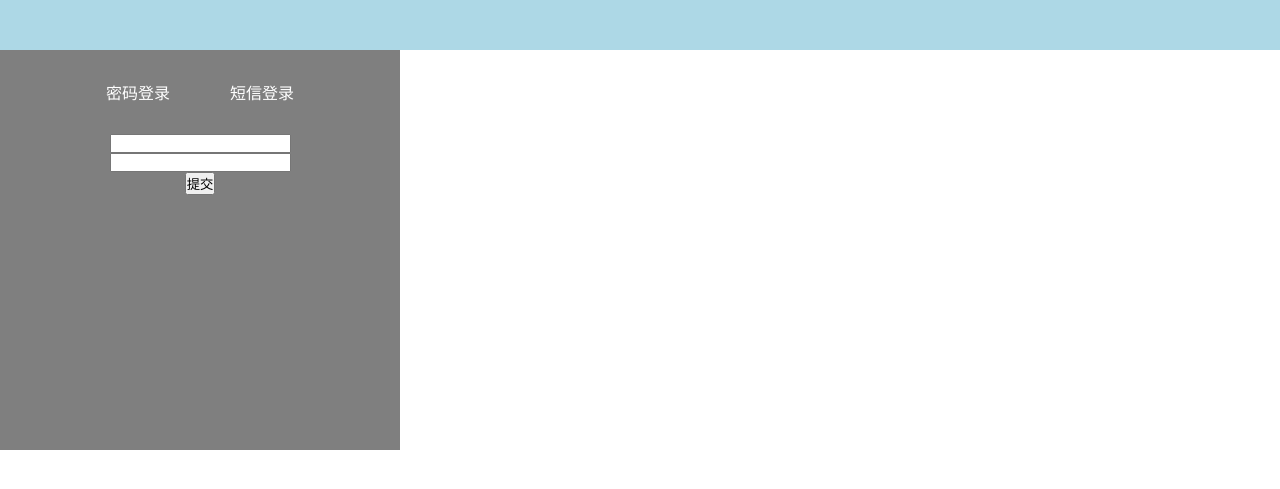
Repository: wxamlzm/campus0714
Page: views/login.html
These files come from the project's save history. The page is drawn as it stood at one moment and after the next save; the edit follows.
The browser window is 1280 px wide. The pictures show the whole page.

Above is the page before, as saved 2021-07-14 22:58:47.

After the next save:
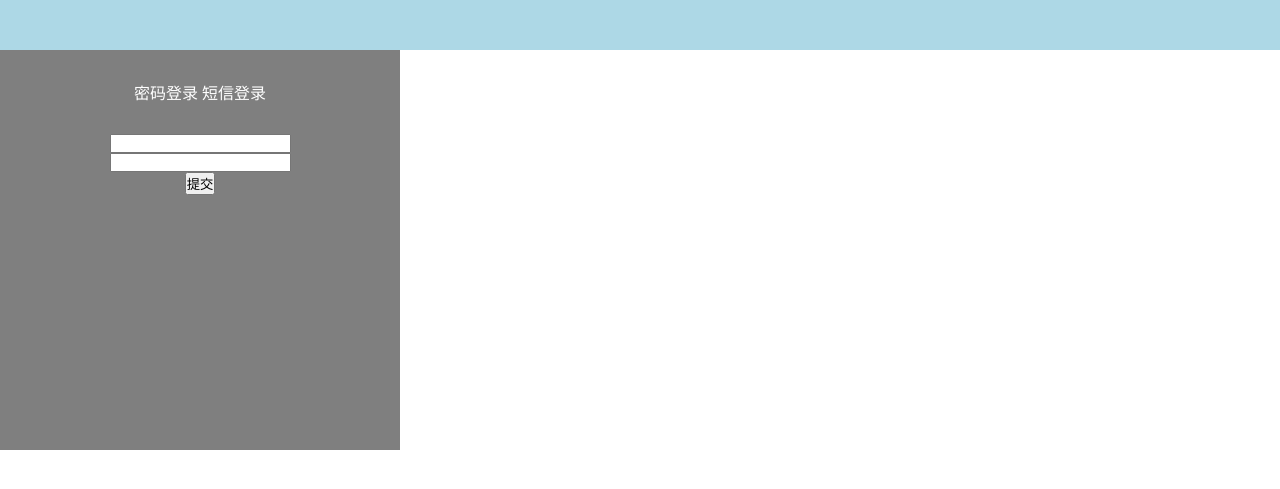
Saved 8 s later.
--- a/views/css/common.css
+++ b/views/css/common.css
@@ -23,8 +23,6 @@ header {
   padding-bottom: 30px;
 }
 .login-box .login-title > a {
-  display: inline-block;
-  width: 120px;
   color: #fff;
   text-decoration: none;
 }
